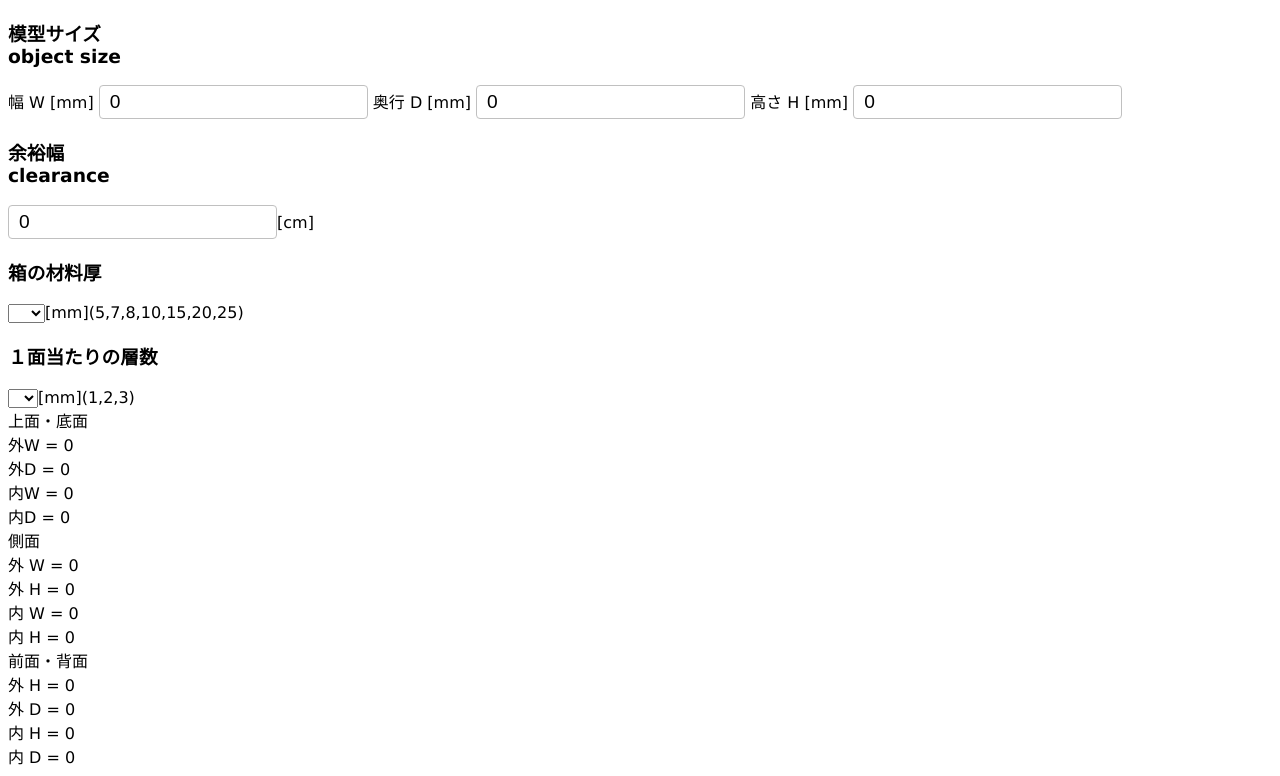
Repository: kiyo6318/project00
Page: index.html
The author's editor kept a copy of each file at every save. The page is drawn from the files as they stood at one save, then again after the next save.
The browser window is 1280 px wide. The pictures show the whole page.

Above is the page before, as saved 2020-08-16 15:48:23.

### index.html
<!DOCTYPE html>
<html lang="ja">
<head>
    <meta charset="UTF-8">
    <meta name="viewport" content="width=device-width, initial-scale=1.0">
    <title>project00</title>
    <script src="https://cdn.jsdelivr.net/npm/vue/dist/vue.js"></script>
    <script src="https://cdn.jsdelivr.net/npm/vee-validate@latest/dist/vee-validate.js"></script>
    <script src="https://unpkg.com/vee-validate@latest"></script>
    <link rel="stylesheet" href="css/style.css">
</head>
<body>
  <div id="app">
    <form>
      <h3>模型サイズ<br>object size</h3>
      <span>幅 W [mm]</span>
      <input v-model.number="width" type="number" placeholder="整数を入力" min="0">
      <span>奥行 D [mm]</span>
      <input v-model.number="depth" type="number" placeholder="整数を入力" min="0">
      <span>高さ H [mm]</span>
      <input v-model.number="height" type="number" placeholder="整数を入力" min="0">
      <h3>余裕幅<br>clearance</h3>
      <input v-model.number="clearance" type="number" placeholder="整数を入力" step="0.5" min="0">[cm]
      <h3>箱の材料厚</h3>
      <select v-model.number="materialThickness">
        <option value="5">5</option>
        <option value="7">7</option>
        <option value="8">8</option>
        <option value="10">10</option>
        <option value="15">15</option>
        <option value="20">20</option>
        <option value="25">25</option>
      </select>[mm](5,7,8,10,15,20,25)
      <h3>１面当たりの層数</h3>
      <select v-model.number="numberOfLayerBySurface">
        <option value="1">1</option>
        <option value="2">2</option>
        <option value="3">3</option>
      </select>[mm](1,2,3)
      <div>
        上面・底面
        <br>外W = {{ topBottomOutWidth }}
        <br>外D = {{ topBottomOutDepth }}
        <br>内W = {{ topBottomInWidth }}
        <br>内D = {{ topBottomInDepth }}
      </div>
      <div>
        側面
        <br>外 W = {{ sideOutWidth }}
        <br>外 H = {{ sideOutHeight }}
        <br>内 W = {{ sideInWidth }}
        <br>内 H = {{ sideInHeight }}
      </div>
      <div>
        前面・背面
        <br>外 H = {{ frontBackOutHeight }}
        <br>外 D = {{ frontBackOutDepth }}
        <br>内 H = {{ frontBackInHeight }}
        <br>内 D = {{ frontBackInDepth }}
      </div>
    </form>
    </div>
  <script src="js/index.js"></script>
</body>
</html>

### css/style.css
body {
    font-family: Verdana, Geneva, "sans-serif";
}

input {
    border: 1px solid silver;
    border-radius: 4px;
    background: white;
    padding: 5px 10px;
    font-size: 1.2em;
}

### js/index.js
new Vue({
    el: '#app',
    data: {
        width: 0,
        height: 0,
        depth: 0,
        clearance: 0,
        materialThickness: 0,
        numberOfLayerBySurface: 0
    },
    computed: {
        topBottomOutWidth: function (){
            return this.width + ( this.clearance * 2 ) + ( this.materialThickness * 4 )
        },
        topBottomOutDepth: function (){
            return this.depth + ( this.clearance * 2 ) + ( this.materialThickness * 4 )
        },
        topBottomInWidth: function (){
            return this.width + ( this.clearance * 2 ) + ( this.materialThickness * 2)
        },
        topBottomInDepth: function (){
            return this.depth + ( this.clearance * 2 ) + ( this.materialThickness * 2)
        },
        sideOutWidth: function (){
            return this.width + ( this.clearance * 2 ) + ( this.materialThickness * 4)
        },
        sideOutHeight: function (){
            return this.height + this.clearance + ( this.materialThickness * 2)
        },
        sideInWidth: function (){
            return this.width + ( this.clearance * 2) + ( this.materialThickness * 2)
        },
        sideInHeight: function (){
            return this.height + this.clearance
        },
        frontBackOutHeight: function (){
            return this.height + this.clearance + ( this.materialThickness * 2)
        },
        frontBackOutDepth: function (){
            return this.depth + ( this.clearance * 2 ) + ( this.materialThickness * 2)
        },
        frontBackInHeight: function (){
            return this.height + this.clearance
        },
        frontBackInDepth: function (){
            return this.depth + this.clearance + ( this.materialThickness * 2)
        }
    }
});

After the next save:
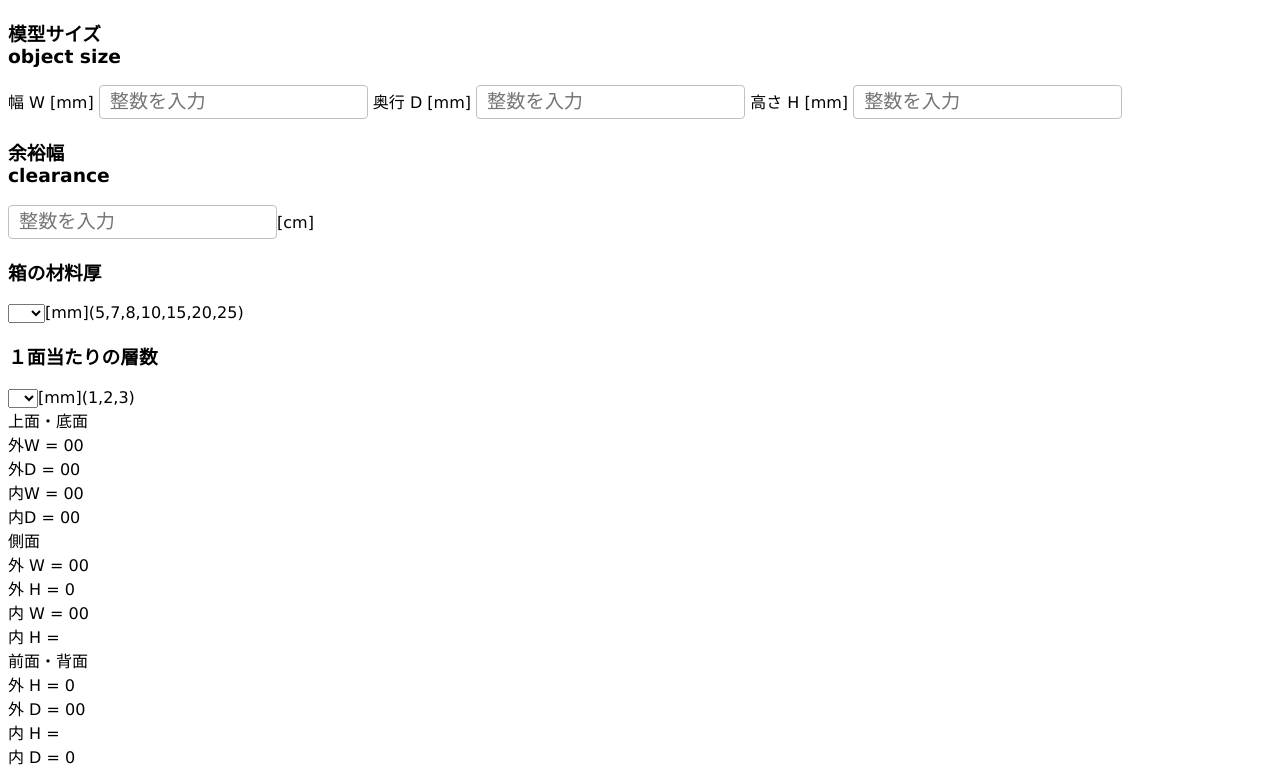
Saved 3 min 1 s later.
--- a/js/index.js
+++ b/js/index.js
@@ -1,12 +1,12 @@
 new Vue({
     el: '#app',
     data: {
-        width: 0,
-        height: 0,
-        depth: 0,
-        clearance: 0,
-        materialThickness: 0,
-        numberOfLayerBySurface: 0
+        width: "",
+        height: "",
+        depth: "",
+        clearance: "",
+        materialThickness: "",
+        numberOfLayerBySurface: ""
     },
     computed: {
         topBottomOutWidth: function (){
